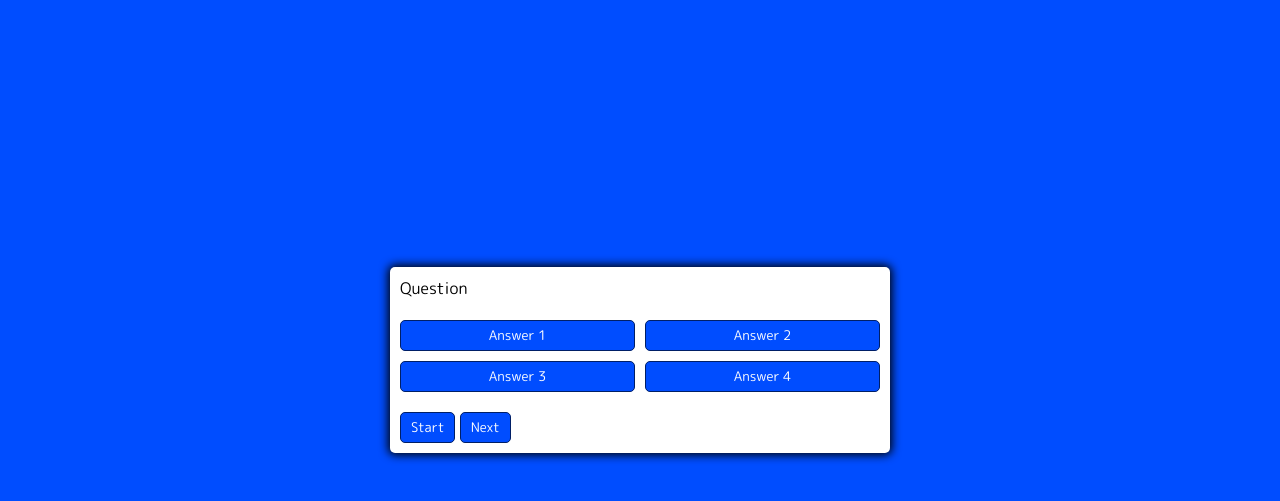
Repository: spidero7/Star-Wars_Quiz-Game
Page: index.html
An editor plug-in stored every save of this project. The page is shown before and after the next save, followed by the edit.
The browser window is 1280 px wide. The pictures show the whole page.

Above is the page before, as saved 2021-08-29 08:12:13.

### index.html
<!DOCTYPE html>
<html lang="en">
<head>
    <meta charset="UTF-8">
    <meta http-equiv="X-UA-Compatible" content="IE=edge">
    <meta name="viewport" content="width=device-width, initial-scale=1.0">
    <title>Quiz Game</title>
    <link rel="preconnect" href="https://fonts.googleapis.com">
    <link rel="preconnect" href="https://fonts.gstatic.com" crossorigin>
    <link href="https://fonts.googleapis.com/css2?family=M+PLUS+Rounded+1c&display=swap" rel="stylesheet">
    <link rel="stylesheet" href="style.css">
</head>
<body>

    <div class="container">
        <div id="question-container" class="hide">
            <div id="question">Question</div>
            <div id="answer-buttons" class="btn-grid">
                <button class="btn">Answer 1</button>
                <button class="btn">Answer 2</button>
                <button class="btn">Answer 3</button>
                <button class="btn">Answer 4</button>
            </div>
        </div>
        <div id="control-panel">
            <button class="btn" id="start-btn">Start</button>
            <button class="btn hide" id="next-btn">Next</button>
        </div>
    </div>


    <script src="app.js"></script>
</body>
</html>

### style.css
*, *::after, *::before {
    box-sizing: border-box;
    font-family: 'M PLUS Rounded 1c', sans-serif;
}

:root {
    --hue-normal: 222;
    --hue-correct: 120;
    --hue-wrong: 0;
}

body {
    --hue: var(--hue-normal);
    padding: 0;
    margin: 0;
    display: flex;
    width: 100vw;
    height: 100vh;
    justify-content: center;
    align-items: center;
    background-color: hsl(var(--hue), 100%, 50%);
}

body.correct {
    --hue: var(--hue-correct);
}

body.wrong {
    --hue: var(--hue-wrong);
}

.container {
    width: 500px;
    max-width: 80%;
    background-color: white;
    border-radius: 5px;
    padding: 10px;
    box-shadow: 0 0 10px 2px;
}

.btn-grid {
    display: grid;
    grid-template-columns: repeat(2, auto);
    gap: 10px;
    margin: 20px 0;
}

.btn {
    --hue: var(--hue-normal);
    background-color: hsl(var(--hue), 100%, 50%);
    border: 1px solid hsl(var(--hue), 100%, 20%);
    color: white;
    border-radius: 5px;
    padding: 5px 10px;
    outline: none;
}

.btn.correct {
    --hue: var(--hue-correct);
}

.btn.wrong {
    --hue: var(--hue-wrong);
}

Loaded but not shown: app.js (no copy from this time; the picture is the same without it)

After the next save:
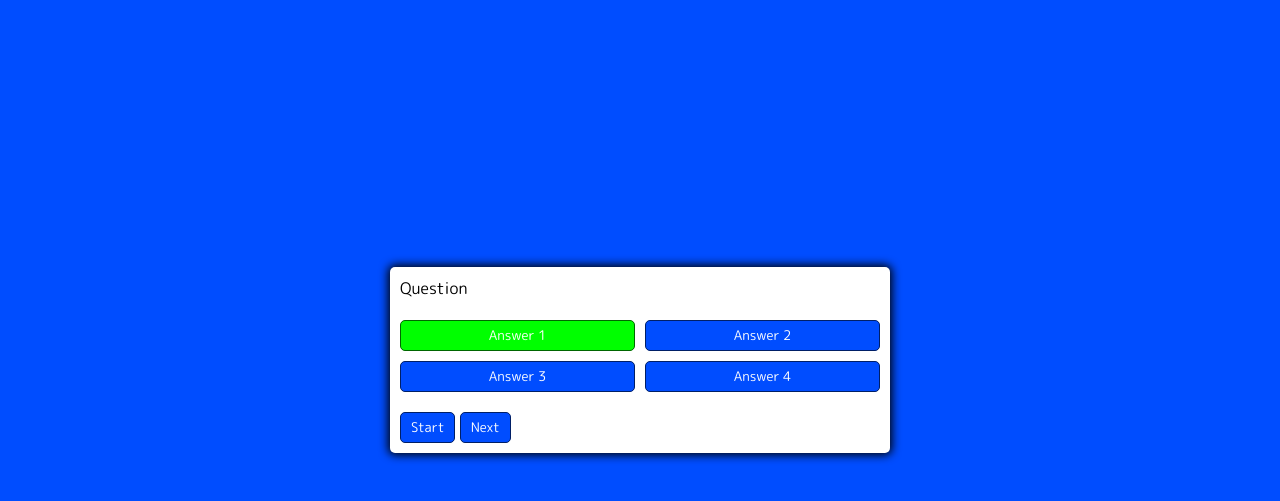
Saved 58 s later.
--- a/index.html
+++ b/index.html
@@ -16,7 +16,7 @@
         <div id="question-container" class="hide">
             <div id="question">Question</div>
             <div id="answer-buttons" class="btn-grid">
-                <button class="btn">Answer 1</button>
+                <button class="btn correct">Answer 1</button>
                 <button class="btn">Answer 2</button>
                 <button class="btn">Answer 3</button>
                 <button class="btn">Answer 4</button>
